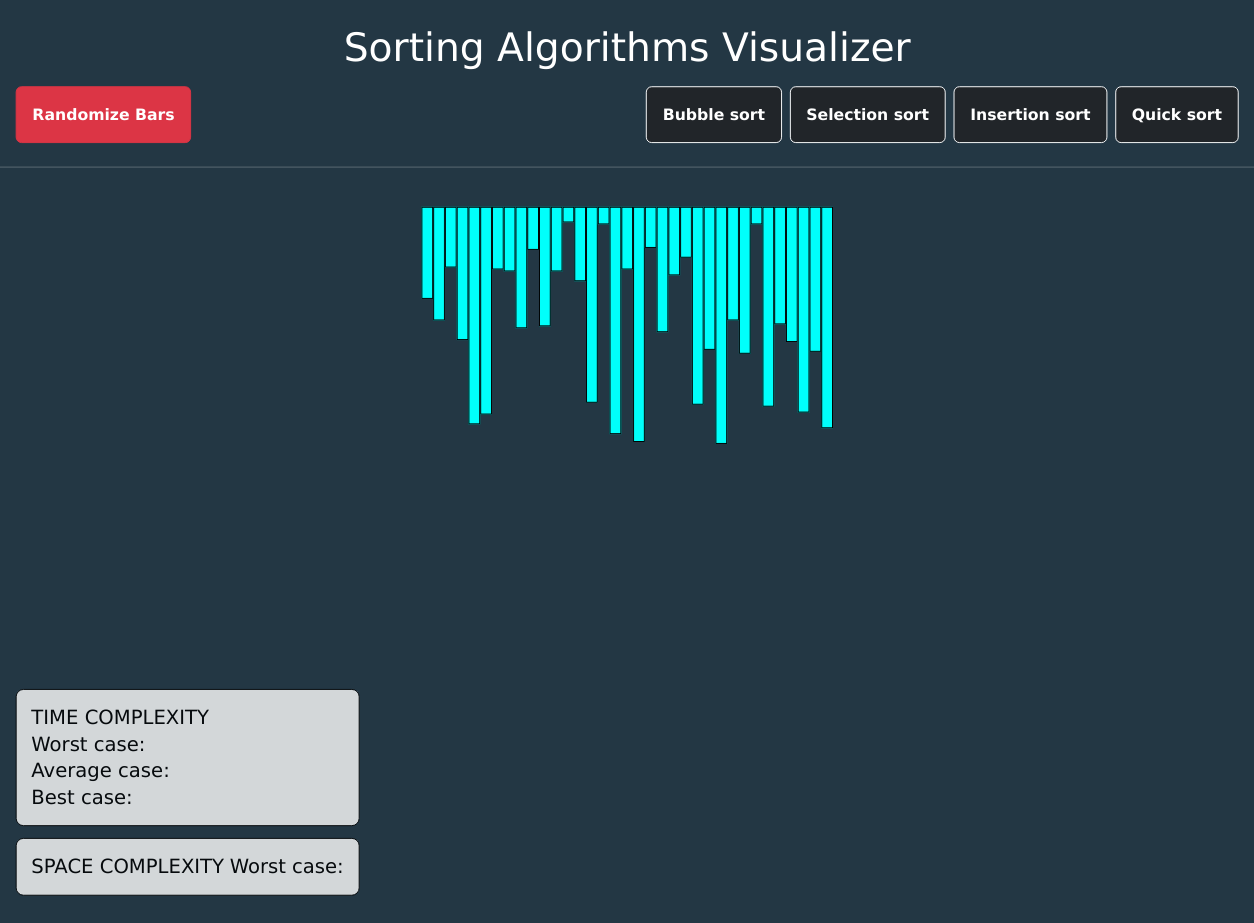
Repository: Vasil1001/Sorting-Algorithms-Visualizer-js
Page: views/index.html
The author's editor kept a copy of each file at every save. The page is drawn from the files as they stood at one save, then again after a run of saves.
The browser window is 1280 px wide. The pictures show the whole page, at 98% of full size.

Above is the page before, as saved 2022-11-04 01:26:03.

### views/index.html
<!doctype html>
<html lang="en">

<head>
  <meta charset="utf-8">
  <meta name="viewport" content="width=device-width, initial-scale=1">

  <title>Sorting Algorithms Visualizer</title>

  <!-- Import css & bootstrap-->
  <link href="https://cdn.jsdelivr.net/npm/bootstrap@5.2.2/dist/css/bootstrap.min.css" rel="stylesheet"
    integrity="sha384-Zenh87qX5JnK2Jl0vWa8Ck2rdkQ2Bzep5IDxbcnCeuOxjzrPF/et3URy9Bv1WTRi" crossorigin="anonymous">
  <link rel="stylesheet" href="/css/base.css">

</head>

<body>

  <h1 align="center" class="mt-4">Sorting Algorithms Visualizer</h1>


  <nav class="navbar navbar-expand-lg">

    <div class="container-fluid">
      <button type="button" class="btn btn-danger mx-1 p-3 " id="new_array" style="color: white;"><b>Randomize Bars </b>
      </button>
      <ul class="navbar-nav">
        <li class="nav-item">
          <button type="button" class="btn btn-dark border-light mx-1 p-3 " id="bubble_sort"
            style="color: white;"><b>Bubble sort</b> </button>
        </li>
        <li class="nav-item">
          <button type="button" class="btn btn-dark border-light mx-1 p-3 " id="selection_sort"
            style="color: rgb(255, 255, 255);">
            <b>Selection sort</b></button>
        </li>
        <li class="nav-item">
          <button type="button" class="btn btn-dark border-light mx-1 p-3 " id="insertion_sort" style="color: white;">
            <b>Insertion sort</b></button>
        </li>
        <li class="nav-item">
          <button type="button" class="btn btn-dark border-light mx-1 p-3 " id="quick_sort" style="color: white;">
            <b>Quick sort</b></button>
        </li>

      </ul>
    </div>
  </nav>

  <hr style="color: white;">

  <div id="bars" class="bars flex-container p-4"></div>

  <div id="boxes">

    <div id="leftbox">
      <div id="box1">
        <h5>TIME COMPLEXITY</h5>
        <div>
          <h5>Worst case: </h5>
          <p id="worst_time"></p>
        </div>
        <div>
          <h5>Average case: </h5>
          <p id="average_time"></p>
        </div>
        <div>
          <h5>Best case: </h5>
          <p id="best_time"></p>
        </div>

      </div>

      <div id="box2">

        <h5>SPACE COMPLEXITY</h5>
        <h5>Worst case:</h5>
        <p id="best_time"></p>
      </div>
    </div>

  </div>


  <!-- Import css & bootstrap-->
  <script src="https://cdn.jsdelivr.net/npm/bootstrap@5.2.2/dist/js/bootstrap.bundle.min.js"
    integrity="sha384-OERcA2EqjJCMA+/3y+gxIOqMEjwtxJY7qPCqsdltbNJuaOe923+mo//f6V8Qbsw3"
    crossorigin="anonymous"></script>

  <script src="/sort_algos_js_files/index.js"></script>

  <script src="/sort_algos_js_files/bubble.js"></script>
  <script src="/sort_algos_js_files/selection.js"></script>
  <script src="/sort_algos_js_files/insertion.js"></script>
  <script src="/sort_algos_js_files/quicksort.js"></script>


</body>

</html>

### css/base.css
body {
    background-color: rgb(35, 55, 68);
    color:white;
    font-size: 18px;
    font-family: 'Lucida Sans', 'Lucida Sans Regular', 'Lucida Grande', 'Lucida Sans Unicode', Geneva, Verdana, sans-serif;
}

.flex-container{
    margin-top: 1px;
    display: flex;
    flex-wrap: nowrap;
    justify-content: center;
    transition: 1.5s all ease;
    width: 100%;
    height: 500px;

}

/* STYLING FOR THE BARS */
.flex-item{
    background: rgb(0, 255, 251);
    border: 1pt solid black;
    width: 12px;
    transition: 0.1s all ease;
}

#leftbox {
    float:left;
    color: black;
    padding: 16px;
}

#box1, #box2 {
    background:white;
    opacity: 0.8;
    border: 1pt solid black;
    border-radius: 8px;
    padding: 15px;
    margin-bottom: 12px;
}

h5, p {
    display: inline;
}

### sort_algos_js_files/index.js
let random_array_100 = [];
createBarArray();

function createBarArray() {
    // replace array
    deletePreviousArray()

    // Array to store randomly generated numbers
    random_array_100 = [];
    var numberOfBars = 0;
    let l = 35;

    // get a random number and add it to the array until there are 100 in array
    for (numberOfBars = 0; numberOfBars < l; numberOfBars++) {
        random_array_100.push(Math.round(Math.random() * l * 3.5));
    }
    // print 100 random numbers of the array
    console.log(random_array_100);


    // select the div #bars element
    const bars = document.querySelector("#bars");
    // make bars with height from random array numbers
    for (let i = 0; i < random_array_100.length; i++) {
        // create div bar for each number in the array
        const bar = document.createElement("div");
        bar.style.height = `${random_array_100[i] * 2}px`;
        bar.classList.add('bar');
        bar.classList.add('flex-item');
        bar.classList.add(`barNo${i}`);
        bars.appendChild(bar);
    }
}

function deletePreviousArray() {
    const bar = document.querySelector("#bars");
    bar.innerHTML = '';
}

document.getElementById("new_array").addEventListener("click", function () {
    createBarArray();
});

function swap(element1, element2) {
    //https://www.geeksforgeeks.org/bubble-sort/
    let temp = element1.style.height;
    element1.style.height = element2.style.height;
    element2.style.height = temp;
}

// disable all the buttons or if button is pressed again algo will bug out
function disableButtonsOnSortRun() {
    document.getElementById("new_array").disabled = true;

    document.getElementById("bubble_sort").disabled = true;
    document.getElementById("selection_sort").disabled = true;
    document.getElementById("insertion_sort").disabled = true;
    document.getElementById("quick_sort").disabled = true;
}

function enableButtonsAfterSortRun() {
    document.getElementById("new_array").disabled = false;

    document.getElementById("bubble_sort").disabled = false;
    document.getElementById("selection_sort").disabled = false;
    document.getElementById("insertion_sort").disabled = false;
    document.getElementById("quick_sort").disabled = false;
}

### sort_algos_js_files/bubble.js
async function bubbleSort() {

    //Setting Time complexities
    document.getElementById("worst_time").innerText="O(N^2)";
    document.getElementById("average_time").innerText="Θ(N^2)";
    document.getElementById("best_time").innerText="Ω(N)";

    //Setting Space complexity
    document.getElementById("Space_Worst").innerText="O(1)";

    console.log('bubble sort clicked');
    // get the bars from index
    const barsArray = document.querySelectorAll(".bar");

    for (let i = 0; i < barsArray.length - 1; i++) {
        console.log("In first i loop");

        for (j = 0; j < barsArray.length - i - 1; j++) {
            console.log("In j loop");
            barsArray[j].style.background = 'blue';
            barsArray[j + 1].style.background = 'blue';

            if (parseInt(barsArray[j].style.height) > parseInt(barsArray[j + 1].style.height)) {
                console.log("If barsArray 1 > barsArray 2 swap them");
                await new Promise(r => setTimeout(r, 50));
                swap(barsArray[j], barsArray[j + 1]);
            }
            barsArray[j].style.background = 'cyan';
            barsArray[j + 1].style.background = 'cyan';
        }
        barsArray[barsArray.length - 1 - i].style.background = 'pink';
    }
    barsArray[0].style.background = 'pink';
}


document.getElementById("bubble_sort").addEventListener("click", async function () {
    disableButtonsOnSortRun();
    await bubbleSort();
    enableButtonsAfterSortRun();

});

### sort_algos_js_files/selection.js
async function selectionSort() {
    console.log('bubble sort clicked');
    // get the bars from index
    const barsArray = document.querySelectorAll(".bar");

    // One by one move boundary of unsorted subarray
    for (let i = 0; i < barsArray.length; i++) {
        console.log("In first i loop");
        // Find the minimum barsArray in unsorted array
        let min_idx = i;
        //mark the smallest height in blue bar
        barsArray[i].style.background = 'blue';

        for (let j = i + 1; j < barsArray.length; j++) {
            console.log("In j loop");
            // Change color for the current comparision (in consideration for min_index)
            barsArray[j].style.background = 'red';

            await new Promise(r => setTimeout(r, 50));
            if (parseInt(barsArray[j].style.height) < parseInt(barsArray[min_idx].style.height)) {
                console.log("If barsArray 1 < current smallest barsArray change current smalest");
                if (min_idx !== i) {
                    //  there is a new minimum so change last to normal cyan
                    barsArray[min_idx].style.background = 'cyan';
                }
                min_idx = j;
            }
            else {
                barsArray[j].style.background = 'cyan';
            }
        }
        await new Promise(r => setTimeout(r, 50));
        swap(barsArray[min_idx], barsArray[i]);

        // color mid index blue after reset as it has been swapped
        barsArray[min_idx].style.background = 'cyan';

        // change the sorted bar color to green
        barsArray[i].style.background = 'green';
    }
}


document.getElementById("selection_sort").addEventListener("click", async function () {
    disableButtonsOnSortRun();
    await selectionSort();
    enableButtonsAfterSortRun();

});

### sort_algos_js_files/insertion.js
async function insertionSort() {
    console.log('insertion sort clicked');
    // get the bars from index
    const barsArray = document.querySelectorAll(".bar");
    barsArray[0].style.background = 'green';

    for (let i = 1; i < barsArray.length; i++) {
        console.log("In first i loop");

        let key = barsArray[i].style.height;
        let j = i -1;

        barsArray[i].style.background = 'blue';

        await new Promise(r => setTimeout(r, 50));

        while (j >= 0 && (parseInt(barsArray[j].style.height) > parseInt(key))) {
            console.log("In j loop");
            barsArray[j].style.background = 'blue';
            barsArray[j + 1].style.height = barsArray[j].style.height;
            j--;

            await new Promise(r => setTimeout(r, 50));

            // color sorted side
            for(let k = i; k >= 0; k--){
                barsArray[k].style.background = 'yellow';
            }
        }
        barsArray[j + 1].style.height = key;
        barsArray[i].style.background = 'yellow';

    }
}


document.getElementById("insertion_sort").addEventListener("click", async function () {
    disableButtonsOnSortRun();
    await insertionSort();
    enableButtonsAfterSortRun();

});

### sort_algos_js_files/quicksort.js
async function quickSort() {
    console.log('quicksort clicked');
    // get the bars from index
    const barsArray = document.querySelectorAll(".bar");
    barsArray[0].style.background = 'green';

    let pivot = barsArray
    for (let i = 1; i < barsArray.length; i++) {
        console.log("In first i loop");

        let key = barsArray[i].style.height;
        let j = i - 1;

        barsArray[i].style.background = 'blue';

        await new Promise(r => setTimeout(r, 50));

        while (j >= 0 && (parseInt(barsArray[j].style.height) > parseInt(key))) {
            console.log("In j loop");
            barsArray[j].style.background = 'blue';
            barsArray[j + 1].style.height = barsArray[j].style.height;
            j--;

            await new Promise(r => setTimeout(r, 50));

            // color sorted side
            for (let k = i; k >= 0; k--) {
                barsArray[k].style.background = 'yellow';
            }
        }
        barsArray[j + 1].style.height = key;
        barsArray[i].style.background = 'yellow';

    }
}

async function partition(barsArray, low, high) {
    let i = (low - 1);

    barsArray[high].style.background = 'red';

    for (let j = low; j <= high - 1; j++) {
        barsArray[j].style.background = 'yellow';

        await new Promise(r => setTimeout(r, 50));

        if (parseInt(barsArray[j].style.height) < parseInt(barsArray[high].style.height)) {
            i++;
            swap(barsArray[i], barsArray[j]);

            barsArray[i].style.background = 'orange';
            await new Promise(r => setTimeout(r, 50));
        } else {
            // color if not less than pivot
            barsArray[j].style.background = 'blue';
        }
    }
    i++;
    await new Promise(r => setTimeout(r, 50));
    swap(barsArray[i], barsArray[high])

    barsArray[high].style.background = 'blue';
    barsArray[low].style.background = 'green';

    await new Promise(r => setTimeout(r, 50));

    // color
    for (let k = 0; k < barsArray.length; k++) {
        if (barsArray[k].style.background != 'green')
            barsArray[k].style.background = 'green';
    }
    return i;
}

async function quickSort(barsArray, low, high) {
    if (low < high) {
        let pivot_index = await partition(barsArray, low, high);
        await quickSort(barsArray, low, pivot_index - 1);
        await quickSort(barsArray, pivot_index + 1, high);
    } else {
        if (low >= 0 && high >= 0 && low < barsArray.length && high < barsArray.length) {
            barsArray[high].style.background = 'green';
            barsArray[low].style.background = 'green';
        }
    }
}

document.getElementById("quick_sort").addEventListener("click", async function () {
    let barsArray = document.querySelectorAll('.bar');
    let low = 0;
    let high = barsArray.length - 1;

    disableButtonsOnSortRun();
    await quickSort(barsArray, low, high);
    enableButtonsAfterSortRun();
});

After the next 2 saves:
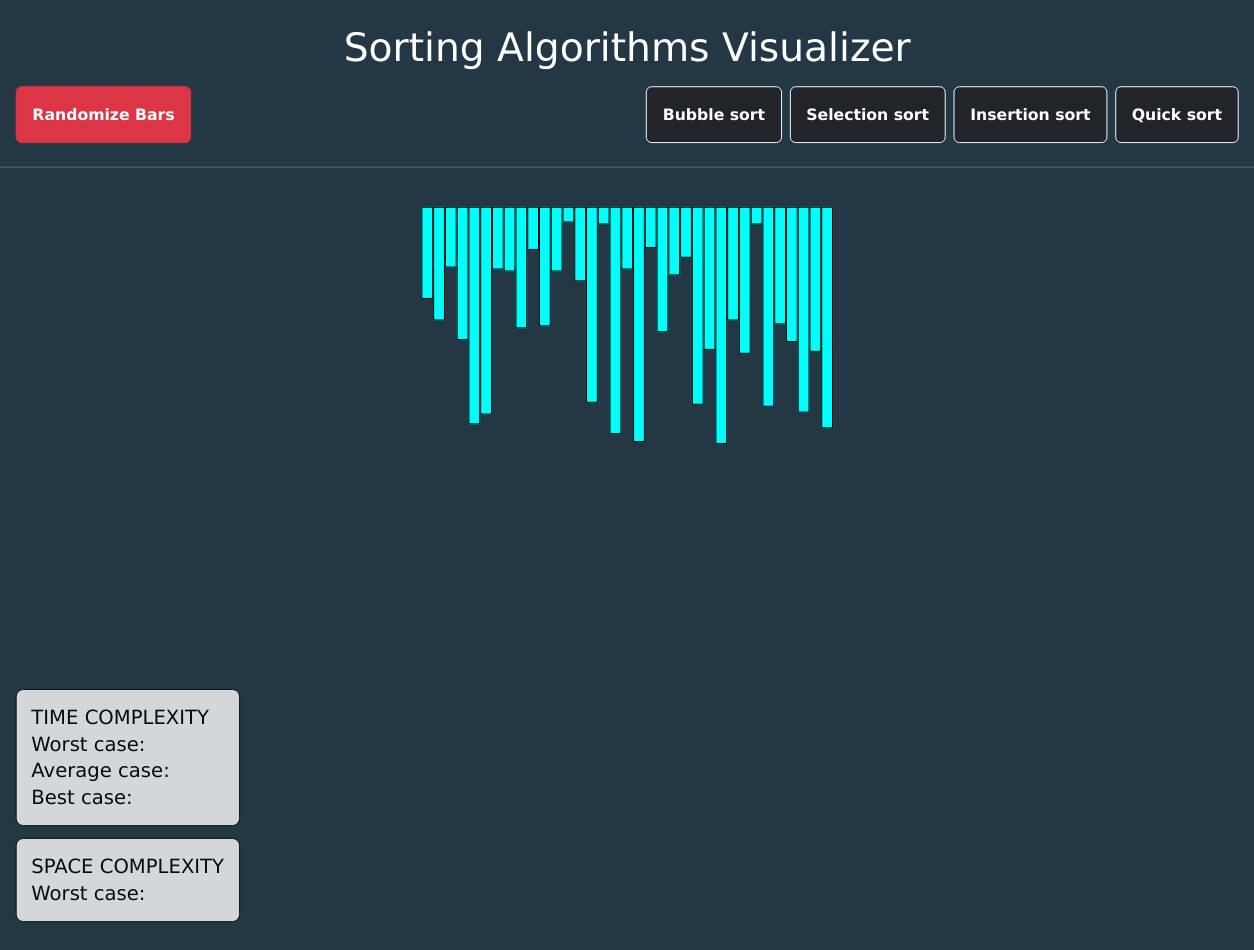
The 2 saves are shown as one change because they came seconds apart.
The last was saved 13 s later.
--- a/views/index.html
+++ b/views/index.html
@@ -74,8 +74,9 @@
       <div id="box2">
 
         <h5>SPACE COMPLEXITY</h5>
-        <h5>Worst case:</h5>
-        <p id="best_time"></p>
+        <div><h5>Worst case:</h5>
+          <p id="best_time"></p></div>
+
       </div>
     </div>
 
